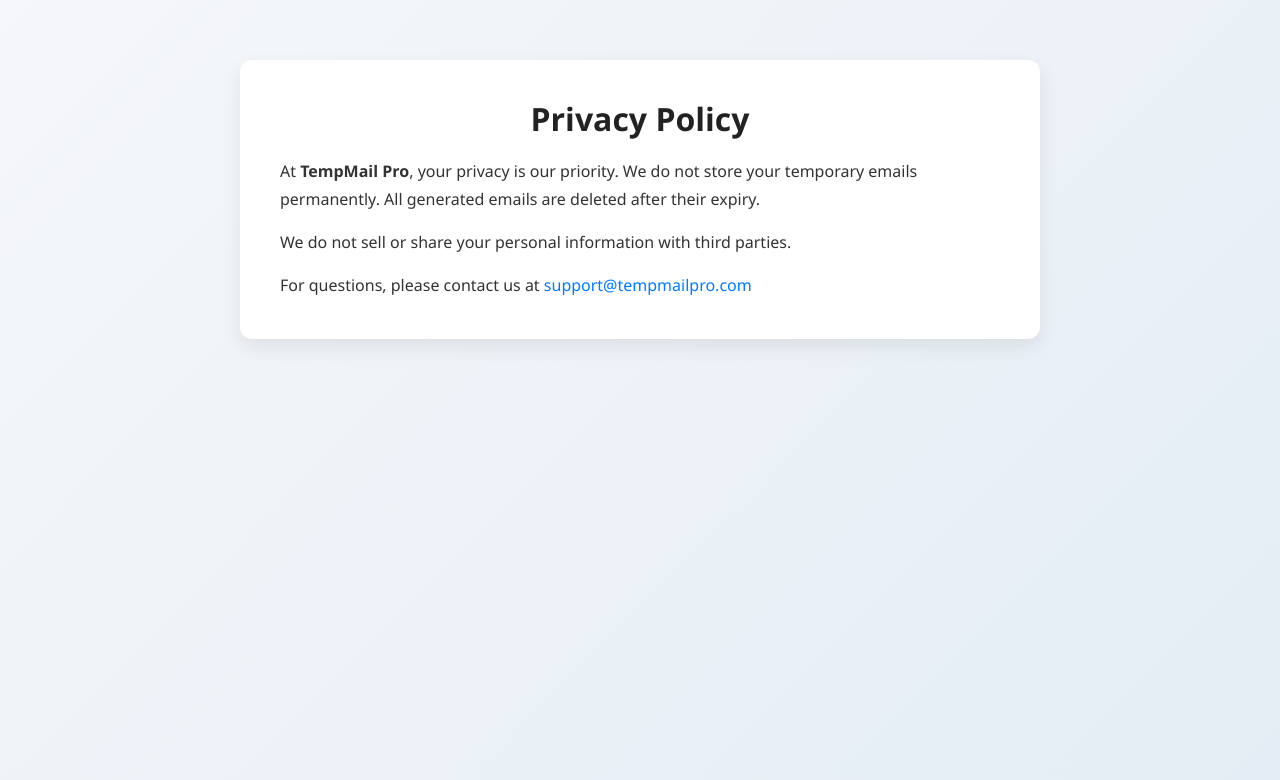
Repository: Wikibro/temp-mail-pro-frontend
Page: /privacy
An editor plug-in stored every save of this project. The page is shown before and after the next save, followed by the edit.
The browser window is 1280 px wide. The pictures show the whole page.
The project was rebuilt for these pictures with package versions that can differ from the ones it lists, and the page was loaded fresh each time. Also part of the build but not shown: vite.config.js, src/components/AccountManager.jsx, src/components/Inbox.jsx, src/components/BlogPost.jsx, src/components/FAQSection.jsx, src/components/BlogList.jsx, src/components/Footer.jsx, src/components/Landing.jsx.

Above is the page before, as saved 2025-09-03 13:38:21.

### index.html
<!DOCTYPE html>
<html lang="en">

<head>
  <meta charset="UTF-8" />
  <link rel="icon" type="image/svg+xml" href="/vite.svg" />
  <meta name="viewport" content="width=device-width, initial-scale=1.0" />
  <meta http-equiv="X-UA-Compatible" content="IE=edge" />

  <!-- ✅ SEO Meta Tags -->
  <title>TempMailPK - Free Temporary Disposable Email Service in Pakistan</title>
  <meta name="description"
    content="TempMailPK offers free temporary and disposable email addresses in Pakistan. Stay anonymous, avoid spam, and protect your privacy with our secure temp mail service." />
  <meta name="keywords"
    content="temp mail, disposable email, temporary email, Pakistan temp mail, TempMailPK, free email service, anonymous email, spam protection" />
  <meta name="robots" content="index, follow" />
  <meta name="language" content="en" />
  <meta name="geo.region" content="PK" />
  <meta name="geo.placename" content="Pakistan" />
  <meta name="author" content="TempMailPK Team">

  <!-- ✅ Canonical URL -->
  <link rel="canonical" href="https://tempmailpk.com/" />

  <!-- ✅ Open Graph Tags -->
  <meta property="og:title" content="TempMailPK - Free Temporary Disposable Email Service" />
  <meta property="og:description"
    content="Get your free temporary email address from TempMailPK. Protect your privacy and stay spam-free." />
  <meta property="og:type" content="website" />
  <meta property="og:url" content="https://tempmailpk.com/" />
  <meta property="og:image" content="https://tempmailpk.com/images/temp-mail-promo.png" />
  <meta property="og:image:width" content="1200" />
  <meta property="og:image:height" content="630" />
  <meta property="og:site_name" content="TempMailPK" />

  <!-- ✅ Twitter Card -->
  <meta name="twitter:card" content="summary_large_image" />
  <meta name="twitter:title" content="TempMailPK - Free Temporary Email Service" />
  <meta name="twitter:description"
    content="Stay anonymous with TempMailPK - free temporary email addresses for Pakistan users." />
  <meta name="twitter:image" content="https://tempmailpk.com/images/temp-mail-promo.png" />
  <meta name="twitter:site" content="@tempmailpk" />

  <!-- ✅ Favicon & Apple Touch Icons -->
  <link rel="icon" href="/favicon.ico" type="image/x-icon" />
  <link rel="apple-touch-icon" sizes="180x180" href="/apple-touch-icon.png" />
  <link rel="icon" type="image/png" sizes="32x32" href="/favicon-32x32.png" />
  <link rel="icon" type="image/png" sizes="16x16" href="/favicon-16x16.png" />


  <!-- ✅ Preconnect for performance -->
  <link rel="preconnect" href="https://fonts.googleapis.com" />
  <link rel="preconnect" href="https://fonts.gstatic.com" crossorigin />

  <!-- ✅ Fonts -->
  <link
    href="https://fonts.googleapis.com/css2?family=Roboto:wght@300;400;500;700&family=Poppins:wght@400;500;600;700&display=swap"
    rel="stylesheet" />
<!-- <link rel="manifest" href="/site.webmanifest" /> -->


  <!-- ✅ Bootstrap & Icons -->
  <link href="https://cdn.jsdelivr.net/npm/bootstrap@5.3.3/dist/css/bootstrap.min.css" rel="stylesheet" />
  <link rel="stylesheet" href="https://cdnjs.cloudflare.com/ajax/libs/font-awesome/6.4.2/css/all.min.css" />
  <link rel="stylesheet" href="https://cdn.jsdelivr.net/npm/bootstrap-icons@1.10.0/font/bootstrap-icons.css">




  <!-- ✅ Schema.org structured data -->
  <script type="application/ld+json">
  {
    "@context": "https://schema.org",
    "@type": "WebApplication",
    "name": "TempMailPK",
    "url": "https://tempmailpk.com/",
    "description": "Free temporary email service for anonymous and secure communication.",
    "applicationCategory": "CommunicationApplication",
    "operatingSystem": "Web Browser",
    "permissions": "browser",
    "offers": {
      "@type": "Offer",
      "price": "0",
      "priceCurrency": "USD"
    }
  }
  </script>
</head>

<body>
  <!-- This is where your React app will mount -->
  <div id="root"></div>
  <script type="module" src="/src/main.jsx"></script>
  <!-- ✅ Scripts -->
  <script src="https://cdn.jsdelivr.net/npm/bootstrap@5.3.3/dist/js/bootstrap.bundle.min.js"></script>
</body>

</html>

### src/main.jsx
import React from 'react';
import ReactDOM from 'react-dom/client';
import App from './App.jsx';
import './index.css'; // Add this import

ReactDOM.createRoot(document.getElementById('root')).render(
  <React.StrictMode>
    <App />
  </React.StrictMode>
);

### src/App.jsx
import React, { useState, useEffect } from "react";
import axios from "axios";
import { BrowserRouter as Router, Routes, Route, useLocation } from "react-router-dom";
import { Helmet } from "react-helmet";

import AccountManager from "./components/AccountManager.jsx";
import Inbox from "./components/Inbox.jsx";
import Privacy from "./components/Privacy";
import BlogPost from "./components/BlogPost";
import LandingPage from "./components/Landing.jsx";
import Footer from "./components/Footer";

const API_BASE = import.meta.env.VITE_API_BASE;

// Email Card Component
const EmailCard = ({ email, expiration, isActive = false, onDelete }) => {
  const formatTimeRemaining = (expirationDate) => {
    const now = new Date();
    const expiry = new Date(expirationDate);
    const diffMs = expiry - now;

    if (diffMs <= 0) return "Expired";

    const hours = Math.floor(diffMs / (1000 * 60 * 60));
    const minutes = Math.floor((diffMs % (1000 * 60 * 60)) / (1000 * 60));

    if (hours > 0) {
      return `${hours}h ${minutes}m remaining`;
    }
    return `${minutes}m remaining`;
  };

  return (
    <div className={`card h-100 ${isActive ? 'border-primary' : ''}`}>
      <div className="card-body">
        <div className="d-flex justify-content-between align-items-start mb-2">
          <h6 className="card-title text-truncate flex-grow-1 me-2">{email}</h6>
          {onDelete && (
            <button
              className="btn btn-sm btn-outline-danger"
              onClick={onDelete}
              title="Delete this email"
              aria-label="Delete email"
            >
              <i className="bi bi-x-lg"></i>
            </button>
          )}
        </div>
        <div className="d-flex justify-content-between align-items-center mb-2">
          <small className="text-muted">Expires:</small>
          <small className={expiration && new Date(expiration) < new Date() ? 'text-danger' : 'text-success'}>
            {expiration ? formatTimeRemaining(expiration) : 'Unknown'}
          </small>
        </div>
        {isActive && (
          <div className="badge bg-success w-100">Active Email</div>
        )}
      </div>
    </div>
  );
};

function TempMailApp() {
  const [account, setAccount] = useState(() => {
    const saved = localStorage.getItem("tempMailAccount");
    return saved ? JSON.parse(saved) : null;
  });
  const [generatedEmails, setGeneratedEmails] = useState(() => {
    const saved = localStorage.getItem("generatedEmails");
    return saved ? JSON.parse(saved) : [];
  });
  const [messages, setMessages] = useState([]);
  const [isLoading, setIsLoading] = useState(false);
  const [error, setError] = useState(null);
  const [darkMode, setDarkMode] = useState(() => {
    const saved = localStorage.getItem("darkMode");
    return saved === "true";
  });
  const [emailDuration, setEmailDuration] = useState(() => {
    const saved = localStorage.getItem("emailDuration");
    return saved || "1hour";
  });
  const [isNavExpanded, setIsNavExpanded] = useState(false);

  const location = useLocation();
  const isAppPage = location.pathname === "/app";

  const toggleDarkMode = () => {
    const newMode = !darkMode;
    setDarkMode(newMode);
    localStorage.setItem("darkMode", newMode.toString());
  };

  const setDuration = (duration) => {
    setEmailDuration(duration);
    localStorage.setItem("emailDuration", duration);
    setIsNavExpanded(false);
  };

  useEffect(() => {
    document.body.classList.toggle("dark-mode", darkMode);
  }, [darkMode]);

  useEffect(() => {
    if (account) {
      localStorage.setItem("tempMailAccount", JSON.stringify(account));
      fetchInbox();
    }
  }, [account]);

  useEffect(() => {
    localStorage.setItem("generatedEmails", JSON.stringify(generatedEmails));
  }, [generatedEmails]);

  // Auto-generate an email when on app page
  useEffect(() => {
    if (isAppPage && !account && generatedEmails.length === 0) {
      createNewAccount(true);
    }
  }, [isAppPage]);

  const createNewAccount = async (isAutoGenerated = false) => {
    setIsLoading(true);
    setError(null);

    try {
      const res = await axios.post(`${API_BASE}/accounts/create`);

      const now = new Date();
      let expirationTime;

      const durationToUse = isAutoGenerated ? "1hour" : emailDuration;

      switch(durationToUse) {
        case "10min":
          expirationTime = new Date(now.getTime() + 10 * 60000);
          break;
        case "1hour":
          expirationTime = new Date(now.getTime() + 60 * 60000);
          break;
        case "24hour":
          expirationTime = new Date(now.getTime() + 24 * 60 * 60000);
          break;
        case "max":
          expirationTime = new Date(now.getTime() + 3650 * 24 * 60 * 60000);
          break;
        default:
          expirationTime = new Date(now.getTime() + 60 * 60000);
      }

      const accountData = {
        ...res.data,
        expiration: expirationTime.toISOString(),
        isAutoGenerated
      };

      setAccount(accountData);

      if (!generatedEmails.some(email => email.address === accountData.email)) {
        setGeneratedEmails(prev => [...prev, {
          address: accountData.email,
          expiration: accountData.expiration,
          createdAt: new Date().toISOString()
        }]);
      }

      setMessages([]);
    } catch (err) {
      setError({ message: err.response?.data?.error || "Account creation failed" });
    } finally {
      setIsLoading(false);
    }
  };

  const switchAccount = (emailAddress) => {
    const emailAccount = generatedEmails.find(email => email.address === emailAddress);
    if (emailAccount) {
      setAccount({
        email: emailAccount.address,
        expiration: emailAccount.expiration,
        token: account?.token || ""
      });
    }
  };

  const deleteEmail = (emailAddress) => {
    setGeneratedEmails(prev => prev.filter(email => email.address !== emailAddress));

    if (account && account.email === emailAddress) {
      const remainingEmails = generatedEmails.filter(email => email.address !== emailAddress);
      if (remainingEmails.length > 0) {
        switchAccount(remainingEmails[0].address);
      } else {
        setAccount(null);
        createNewAccount(true);
      }
    }
  };

  const fetchInbox = async () => {
    if (!account?.token) return;

    if (account.expiration) {
      const now = new Date();
      const expiration = new Date(account.expiration);

      if (now > expiration) {
        setError({ message: "Email address has expired. Please create a new one." });
        localStorage.removeItem("tempMailAccount");
        setAccount(null);
        return;
      }
    }

    try {
      const res = await axios.get(`${API_BASE}/inbox/${account.token}`);
      const inboxArray = Array.isArray(res.data) ? res.data : res.data?.messages || [];
      setMessages(inboxArray);
      setError(null);
    } catch (err) {
      let errorMessage = err.response?.data?.error || "Failed to load inbox";
      if (errorMessage.includes("expired") || err.response?.status === 401) {
        errorMessage = "Session expired. Please create a new email address.";
        localStorage.removeItem("tempMailAccount");
        setAccount(null);
      }
      setError({ message: errorMessage });
    }
  };

  useEffect(() => {
    if (account) {
      const interval = setInterval(fetchInbox, 5000);
      return () => clearInterval(interval);
    }
  }, [account]);

  return (
    <div className={`container-fluid py-4 px-3 px-md-5 ${darkMode ? "dark-mode" : ""}`}>
      {/* Responsive Navbar with time options */}
      <nav className="navbar navbar-expand-lg navbar-light bg-light mb-4 rounded">
        <div className="container-fluid">
          <span className="navbar-brand me-3">New Email Duration:</span>
          <button
            className="navbar-toggler"
            type="button"
            onClick={() => setIsNavExpanded(!isNavExpanded)}
            aria-label="Toggle navigation"
          >
            <span className="navbar-toggler-icon"></span>
          </button>
          <div className={`collapse navbar-collapse ${isNavExpanded ? 'show' : ''}`}>
            <div className="d-flex flex-column flex-md-row gap-2">
              <button
                className={`btn ${emailDuration === "10min" ? "btn-primary" : "btn-outline-primary"}`}
                onClick={() => setDuration("10min")}
              >
                10 min
              </button>
              <button
                className={`btn ${emailDuration === "1hour" ? "btn-primary" : "btn-outline-primary"}`}
                onClick={() => setDuration("1hour")}
              >
                1 hour
              </button>
              <button
                className={`btn ${emailDuration === "24hour" ? "btn-primary" : "btn-outline-primary"}`}
                onClick={() => setDuration("24hour")}
              >
                24 hours
              </button>
              <button
                className={`btn ${emailDuration === "max" ? "btn-primary" : "btn-outline-primary"}`}
                onClick={() => setDuration("max")}
              >
                Max Time
              </button>
            </div>
          </div>
        </div>
      </nav>

      {/* Header */}
      <header className="text-center mb-5 position-relative pt-5 pt-md-0">
        <button
          onClick={toggleDarkMode}
          className="theme-toggle-btn position-absolute top-0 end-0 mt-3 me-3"
          aria-label={darkMode ? "Switch to light mode" : "Switch to dark mode"}
        >
          {darkMode ? <i className="bi bi-sun-fill"></i> : <i className="bi bi-moon-fill"></i>}
        </button>

        <h1 className="fw-bold display-5">TempMail Pro</h1>
        <p className="text-muted lead">Disposable Email Service</p>
      </header>

      {/* Error Handler */}
      {error && (
        <div className="alert alert-danger alert-dismissible fade show" role="alert">
          <strong>Error:</strong> {error.message}
          <button type="button" className="btn-close" onClick={() => setError(null)} aria-label="Close"></button>
          <button className="btn btn-sm btn-warning ms-2" onClick={fetchInbox}>
            Retry
          </button>
        </div>
      )}

      {/* Active Email Card */}
      {account && (
        <div className="row justify-content-center mb-4">
          <div className="col-12 col-md-8 col-lg-6">
            <EmailCard
              email={account.email}
              expiration={account.expiration}
              isActive={true}
            />
          </div>
        </div>
      )}

      {/* TempMail Section */}
      {!account ? (
        <div className="d-flex justify-content-center my-5 py-5">
          <button
            className="btn btn-primary btn-lg px-5 py-3 fw-bold"
            onClick={() => createNewAccount(false)}
            disabled={isLoading}
          >
            {isLoading ? (
              <>
                <span className="spinner-border spinner-border-sm me-2" role="status" aria-hidden="true"></span>
                Creating...
              </>
            ) : "Create Temporary Email"}
          </button>
        </div>
      ) : (
        <>
          <AccountManager
            account={account}
            refreshInbox={fetchInbox}
            onNewEmail={() => createNewAccount(false)}
          />

          {/* Generated Emails List */}
          {generatedEmails.length > 1 && (
            <div className="mt-4">
              <h4 className="mb-3">Your Generated Emails</h4>
              <div className="row row-cols-1 row-cols-md-2 row-cols-lg-3 g-3">
                {generatedEmails
                  .filter(email => email.address !== account.email)
                  .map((email, index) => (
                    <div key={index} className="col">
                      <EmailCard
                        email={email.address}
                        expiration={email.expiration}
                        onDelete={() => deleteEmail(email.address)}
                      />
                    </div>
                  ))
                }
              </div>
            </div>
          )}

          <Inbox
            messages={messages.map((msg) => ({
              ...msg,
              token: account.token,
            }))}
          />

          {/* Generate New Email Button */}
          <div className="text-center mt-4">
            <button
              className="btn btn-outline-primary"
              onClick={() => createNewAccount(false)}
              disabled={isLoading}
            >
              {isLoading ? (
                <>
                  <span className="spinner-border spinner-border-sm me-2" role="status" aria-hidden="true"></span>
                  Creating...
                </>
              ) : "Generate Another Email"}
            </button>
          </div>
        </>
      )}

      {/* Footer */}
      <Footer isDarkMode={darkMode} />
    </div>
  );
}

function App() {
  return (
    <Router>
      <Helmet>
        <title>TempMail Pro - Free Temporary Email Service</title>
        <meta
          name="description"
          content="Get a free disposable email address instantly. Protect your inbox from spam & hackers."
        />
        <meta
          name="keywords"
          content="temporary email, temp mail, disposable email, burner email"
        />
        <meta name="viewport" content="width=device-width, initial-scale=1" />
      </Helmet>

      <Routes>
        <Route path="/" element={<LandingPage />} />
        <Route path="/app" element={<TempMailApp />} />
        <Route path="/blog/:slug" element={<BlogPost />} />
        <Route path="/privacy" element={<Privacy />} />
      </Routes>
    </Router>
  );
}

export default App;

### src/components/Privacy.jsx
import React from "react";


const Privacy = () => {
  return (
    <div className="privacy-container">
      <h1>Privacy Policy</h1>
      <p>
        At <strong>TempMail Pro</strong>, your privacy is our priority. We do
        not store your temporary emails permanently. All generated emails are
        deleted after their expiry.
      </p>
      <p>
        We do not sell or share your personal information with third parties.
      </p>
      <p>
        For questions, please contact us at{" "}
        <a href="mailto:support@tempmailpro.com">support@tempmailpro.com</a>
      </p>
    </div>
  );
};

export default Privacy;

Loaded but not shown: src/index.css (2390 lines, source omitted)

After the next save:
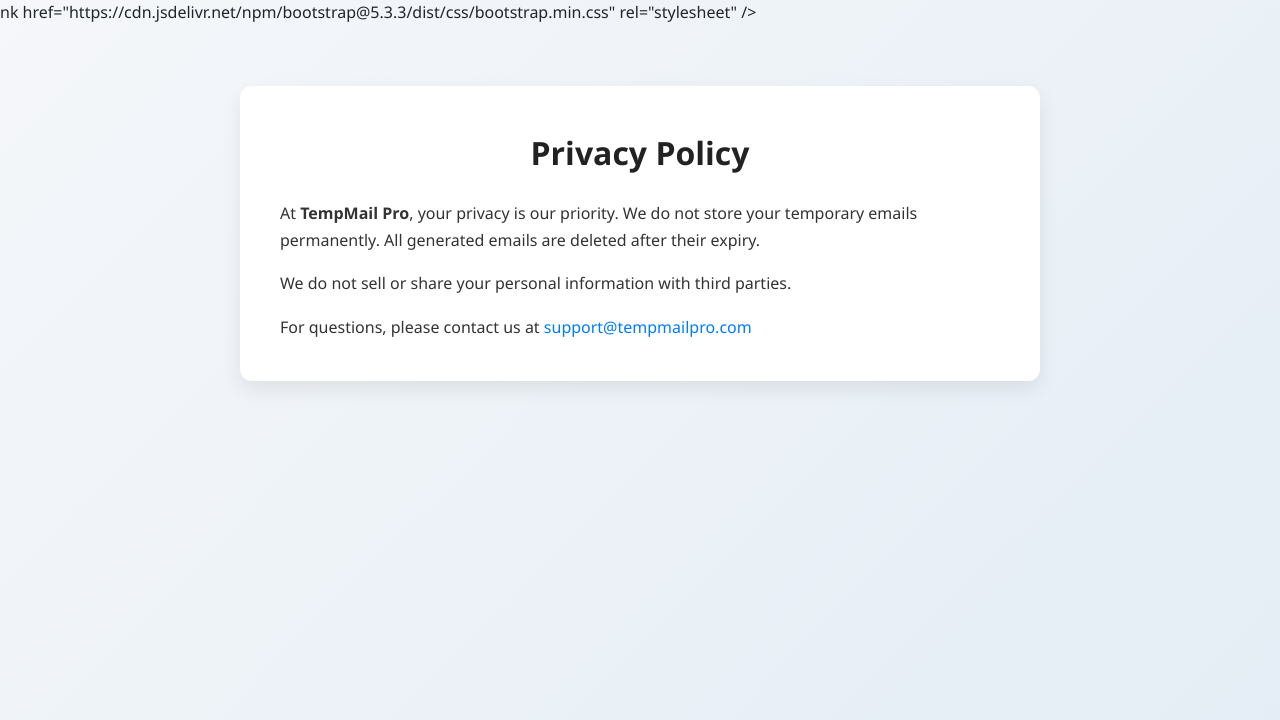
Saved 4 min 3 s later.
--- a/index.html
+++ b/index.html
@@ -56,11 +56,7 @@
   <link
     href="https://fonts.googleapis.com/css2?family=Roboto:wght@300;400;500;700&family=Poppins:wght@400;500;600;700&display=swap"
     rel="stylesheet" />
-<!-- <link rel="manifest" href="/site.webmanifest" /> -->
-
-
-  <!-- ✅ Bootstrap & Icons -->
-  <link href="https://cdn.jsdelivr.net/npm/bootstrap@5.3.3/dist/css/bootstrap.min.css" rel="stylesheet" />
+<!-- <link rel="manifest" href="/site.webmanifest" /> -->nk href="https://cdn.jsdelivr.net/npm/bootstrap@5.3.3/dist/css/bootstrap.min.css" rel="stylesheet" />
   <link rel="stylesheet" href="https://cdnjs.cloudflare.com/ajax/libs/font-awesome/6.4.2/css/all.min.css" />
   <link rel="stylesheet" href="https://cdn.jsdelivr.net/npm/bootstrap-icons@1.10.0/font/bootstrap-icons.css">
 

After the save that followed:
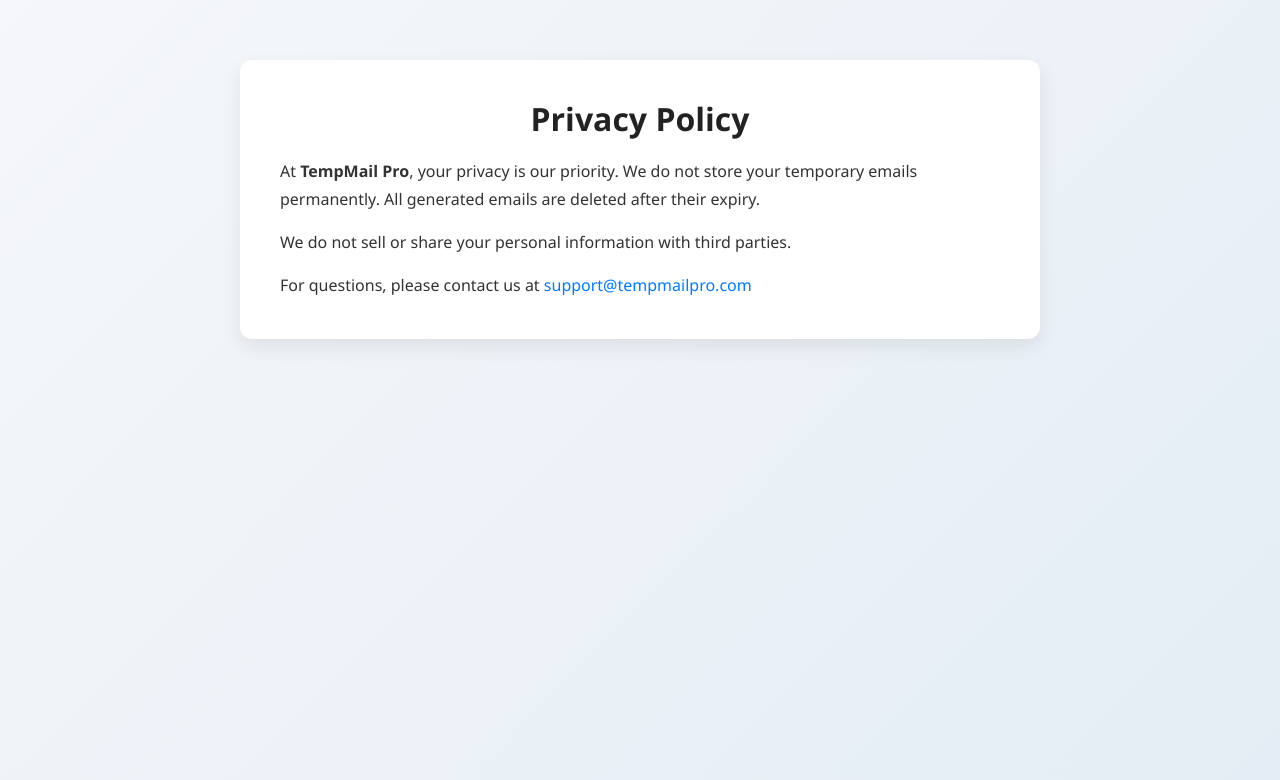
Saved 5 s later.
--- a/index.html
+++ b/index.html
@@ -56,7 +56,8 @@
   <link
     href="https://fonts.googleapis.com/css2?family=Roboto:wght@300;400;500;700&family=Poppins:wght@400;500;600;700&display=swap"
     rel="stylesheet" />
-<!-- <link rel="manifest" href="/site.webmanifest" /> -->nk href="https://cdn.jsdelivr.net/npm/bootstrap@5.3.3/dist/css/bootstrap.min.css" rel="stylesheet" />
+<!-- <link rel="manifest" href="/site.webmanifest" /> -->
+  <link href="https://cdn.jsdelivr.net/npm/bootstrap@5.3.3/dist/css/bootstrap.min.css" rel="stylesheet" />
   <link rel="stylesheet" href="https://cdnjs.cloudflare.com/ajax/libs/font-awesome/6.4.2/css/all.min.css" />
   <link rel="stylesheet" href="https://cdn.jsdelivr.net/npm/bootstrap-icons@1.10.0/font/bootstrap-icons.css">
 
